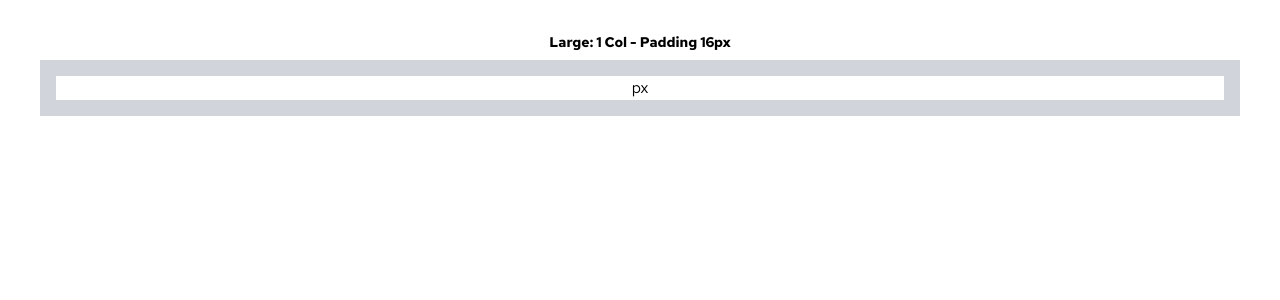
Repository: fabianwurk/vue-tailwind
Page: /
These files come from the project's save history. The page is drawn as it stood at one moment and after the next save; the edit follows.
The browser window is 1280 px wide. The pictures show the whole page.
The project was rebuilt for these pictures with package versions that can differ from the ones it lists, and the page was loaded fresh each time. Also part of the build but not shown: vite.config.js.

Above is the page before, as saved 2021-03-16 23:23:58.
Console error: TypeError: Cannot read properties of undefined (reading 'getBoundingClientRect')

After the next save:
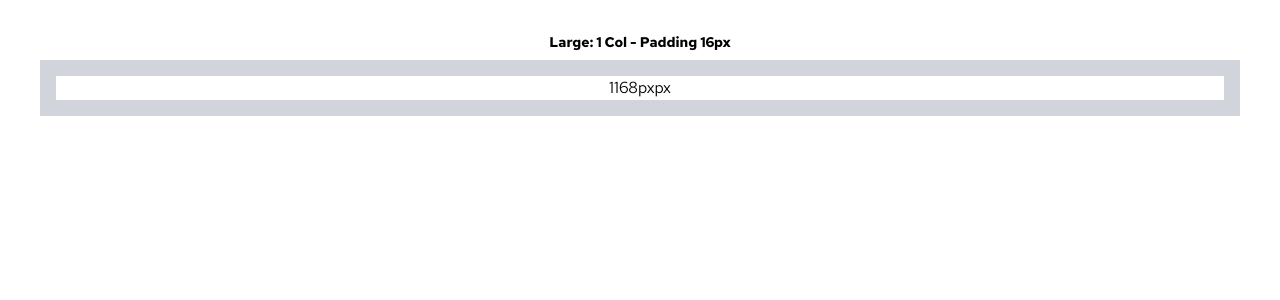
The error is gone.
Saved 31 s later.
--- a/src/components/Large.vue
+++ b/src/components/Large.vue
@@ -5,7 +5,7 @@
       <h2 class="text-sm font-bold mb-2 mt-8 text-center">Large: 1 Col - Padding 16px</h2>
       <div class="flex items-center">
         <div class="w-full bg-gray-300 mb-4 mt-0 py-4 px-4 text-center">
-          <span class="bg-white w-full block" ref="w1">{{width}}px</span>
+          <span class="bg-white w-full block" ref="box">{{width}}px</span>
         </div>
       </div>
     </div>
